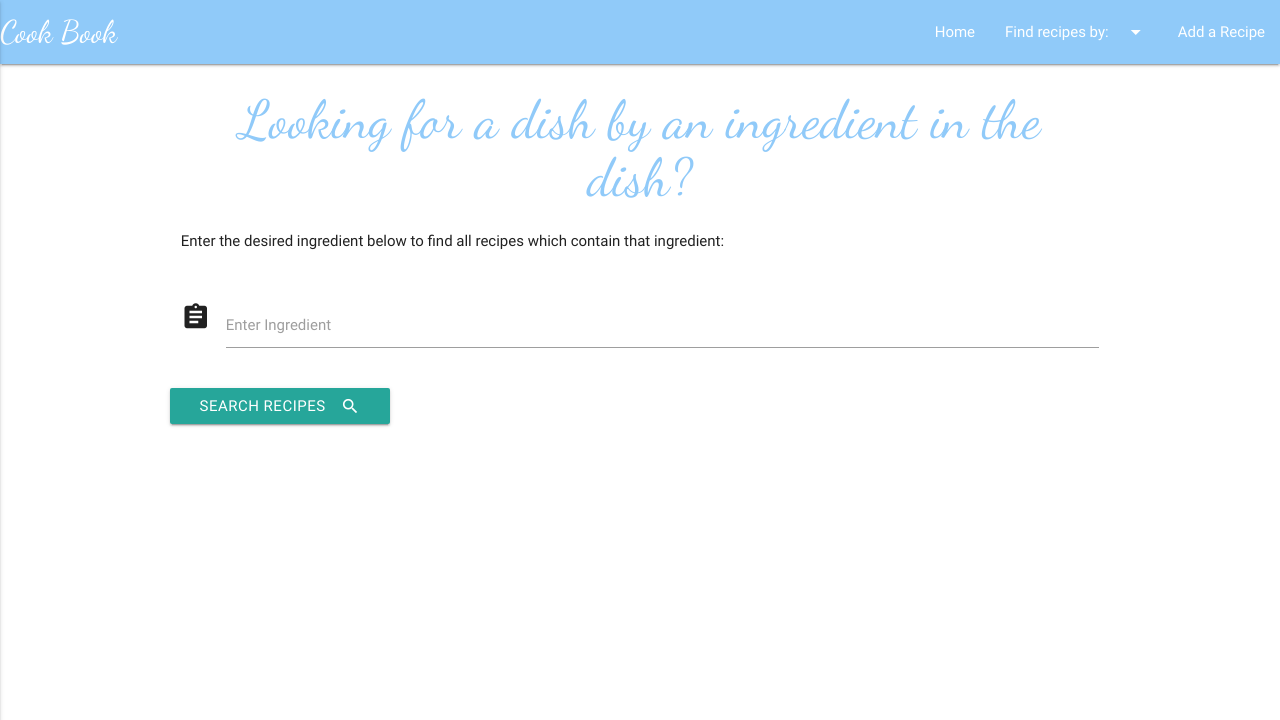
Repository: MarkSheehan72/milestone-project-3
Page: http://localhost/search_ingredient
The author's editor kept a record of every edit. The page is drawn from the files as they stood at one moment, then again after the next edit.
The browser window is 1280 px wide. The pictures show the whole page.
Some web fonts or font styles are not loaded; a fallback is used. Some web libraries are served in a nearby version. The page is served by the project's application, run on Flask 3 (app.py). Queries for data that is not in the repository find no rows.

Above is the page before.

### templates/search_ingredient.html
{% extends 'base.html' %}
{% block content%}

<div class="row">
    <h2 class="center-align title-font center blue-text text-lighten-3">Looking for a dish by an ingredient in the dish?</h2>
    <p>Enter the desired ingredient below to find all recipes which contain that ingredient:</p>
</div>

<div class="row">

    <form action="{{url_for('search_recipes_by_ingredient')}}" method="POST">
        <div class="row">
            <div class="input-field col s12">
                <i class="material-icons prefix">assignment</i>
                <input id="search_recipes_by_ingredient" name="search_recipes_by_ingredient" type="text" class="validate">
                <label for="icon_prefix">Enter Ingredient</label>
            </div>
        </div>
        <div class="row">
            <button class="btn waves-effect waves-light" type="submit" name="action">Search Recipes
                <i class="material-icons right">search</i>
            </button>
        </div>
    </form>
</div>

{% endblock %}

### templates/base.html
<!DOCTYPE html>
<html lang="en">

<head>
    <meta charset="UTF-8">
    <meta name="viewport" content="width=device-width, initial-scale=1.0">
    <meta http-equiv="X-UA-Compatible" content="ie=edge">
    <title>Cookbook</title>

    <link href="https://fonts.googleapis.com/icon?family=Material+Icons" rel="stylesheet">
    <link rel="stylesheet" href="https://cdnjs.cloudflare.com/ajax/libs/materialize/0.100.2/css/materialize.min.css">
    <link rel="stylesheet" href="https://cdnjs.cloudflare.com/ajax/libs/font-awesome/5.9.0/css/all.min.css"/>
    <link href="https://fonts.googleapis.com/css?family=Dancing+Script|Source+Serif+Pro&display=swap" rel="stylesheet">
    <link rel="stylesheet" href="{{url_for('static', filename='css/style.css')}}" type="text/css" />

</head>

<body>

<!--Navbar:-->
<!--Split into the normal and mobile versions.-->
    <header>
        <ul id="dropdown1" class="dropdown-content">
            <li><a href="{{url_for('search_recipe_title')}}">Recipe Title</a></li>
            <li class="divider"></li>
            <li><a href="{{url_for('search_cuisine')}}">Cuisine</a></li>
            <li class="divider"></li>
            <li><a href="{{url_for('search_ingredient')}}">Ingredients</a></li>
            <li class="divider"></li>
            <li><a href="{{url_for('search_username')}}">Your Username</a></li>
        </ul>
        <nav>
            <div class="nav-wrapper blue lighten-3">
                <a href="{{url_for('index')}}" class="brand-logo title-font">Cook Book</a>
                <a href="#" data-activates="mobile-demo" class="button-collapse"><i class="material-icons">menu</i></a>
                <ul id="nav-mobile" class="right hide-on-med-and-down">
                    <li><a href="{{url_for('index')}}">Home</a></li>
                    <li><a class="dropdown-button" href="#!" data-beloworigin="true" data-activates="dropdown1">Find recipes by:<i class="material-icons right">arrow_drop_down</i></a></li>
                    <li><a href="{{url_for('add_recipe')}}">Add a Recipe</a></li>
                </ul>
                <ul class="side-nav" id="mobile-demo">
                    <li><a href="{{url_for('index')}}">Home</a></li>
                    <li><a href="{{url_for('get_recipes')}}">Find a Recipe</a></li>
                    <li><a href="{{url_for('add_recipe')}}">Add a Recipe</a></li>
                </ul>
            </div>
        </nav>
    </header>

<!--Block content:-->
<!--Div for the block content extended from other pages.-->
    <div class="container">
        {% block content %} {% endblock %}

    </div>

<!--Javascript/JQuery content:-->
<!--Linked Javascript content and JQuery functions from Materialize.-->
    <script src="https://cdnjs.cloudflare.com/ajax/libs/jquery/3.2.1/jquery.min.js"></script>
    <script src="https://cdnjs.cloudflare.com/ajax/libs/materialize/0.100.2/js/materialize.min.js"></script>
    <script type="text/javascript">
        $(document).ready(function() {
            $('.collapsible').collapsible();
            $(".button-collapse").sideNav();
            $(".dropdown-button").dropdown({ hover: true });
            $('.modal').modal();
            $('.parallax').parallax();
        });
    </script>

</body>

</html>

### app.py
import os
from flask import Flask, render_template, redirect, request, url_for
from flask_pymongo import PyMongo
from bson.objectid import ObjectId

app = Flask(__name__)

app.config["MONGO_DBNAME"] = 'cook_book'
app.config["MONGO_URI"] = 'mongodb+srv://root:r00tUser@myfirstcluster-chhcw.mongodb.net/cook_book?retryWrites=true&w=majority'

mongo = PyMongo(app)


#////////////////////////////////////////////////# Home Page
@app.route('/')
@app.route('/index')
def index():
    recipes=mongo.db.recipes.find()
    return render_template("index.html", recipes=recipes)


#////////////////////////////////////////////////# Add recipe page
@app.route('/add_recipe')
def add_recipe():
    recipes=mongo.db.recipes.find()
    categories=mongo.db.categories.find()
    return render_template("addrecipe.html", recipes=recipes, categories=categories)


#////////////////////////////////////////////////# Function for inserting a recipe as a document in MongoDB. Once a user has added a recipe,
#////////////////////////////////////////////////# they will be redirecte to thanks.html, which is just a confirmation for the viewer that they
#////////////////////////////////////////////////# have successfully added a recipe to the app.
@app.route('/insert_recipe', methods=['POST'])
def insert_recipe():
    recipes = mongo.db.recipes
    recipes.insert(
    {
        'recipe_title': request.form.get('recipe_title').lower(),
        'recipe_description': request.form.get('recipe_description').lower(),
        'recipe_cuisine': request.form.get('recipe_cuisine').lower(),
        'user':
            {'name': request.form.get('user_name').lower(),
            'country': request.form.get('user_country').lower()},
        'ingredients':
            {'name': request.form.getlist('ingredient_name'),
            'amount': request.form.getlist('ingredient_amount'),
            'allergen': request.form.getlist('ingredient_allergen')},
        'method': request.form.getlist('recipe_method'),
        'image': request.form.get('image')
    })
    return redirect(url_for('thanks'))


#////////////////////////////////////////////////Thanks you page - users are sent to this page after they submit a recipe.
#////////////////////////////////////////////////This gives users assured feedback that their recipe has been added.
@app.route('/thanks')
def thanks():
    return render_template("thanks.html")


#////////////////////////////////////////////////Page linked from pressing the "Find Recipe" button on index.html.
#////////////////////////////////////////////////Also linked from the "Find Recipes" option in the mobile side nav.
@app.route('/get_recipes')
def get_recipes():
    recipes=mongo.db.recipes.find()
    categories=mongo.db.categories.find()
    return render_template("recipes.html", recipes=recipes, categories=categories)


# @app.route('/search_category/<category_id>')
# def search_category(category_id):
#     the_category = mongo.db.categories.find({'_id': ObjectId(category_id)})
#     all_categories = mongo.db.categories.find()
#     recipes=mongo.db.recipes.find()
#     return render_template("search_category.html", recipes=recipes, category=the_category, categories=all_categories)


# @app.route('/search_recipes/<category_id>', methods=['POST'])
# def search_recipes(category_id):
#     the_category = mongo.db.categories.find({'_id': ObjectId(category_id)})
#     all_categories = mongo.db.categories.find()
#     recipes=mongo.db.recipes.find()
#     search = request.form.get('search_recipes')
#     title_search = mongo.db.recipes.find({"recipe_title": {"$regex":search}})
#     cuisine_search = mongo.db.recipes.find({"recipe_cuisine": {"$regex":search}})
#     ingredients_search = mongo.db.recipes.find({"ingredients.name": {"$regex":search}})
#     return render_template("search_recipes.html", recipes=recipes, category=the_category, categories=all_categories, title_search=title_search, cuisine_search=cuisine_search, ingredients_search=ingredients_search)


#////////////////////////////////////////////////Search Views:
#////////////////////////////////////////////////The following views provide users with a search page for their desired search category,
#////////////////////////////////////////////////and the search results from those pages.

@app.route('/search_username')
def search_username():
    recipes=mongo.db.recipes.find()
    return render_template("search_username.html", recipes=recipes)


@app.route('/search_recipes_by_username', methods=['POST'])
def search_recipes_by_username():
    recipes=mongo.db.recipes.find()
    search = request.form.get('search_recipes_by_username').lower()
    username_search = mongo.db.recipes.find({"user.name": {"$regex":search}})
    return render_template("search_recipes_by_username.html", recipes=recipes, username_search=username_search)


@app.route('/search_cuisine')
def search_cuisine():
    recipes=mongo.db.recipes.find()
    return render_template("search_cuisine.html", recipes=recipes)


@app.route('/search_recipes_by_cuisine', methods=['POST'])
def search_recipes_by_cuisine():
    recipes=mongo.db.recipes.find()
    search = request.form.get('search_recipes_by_cuisine').lower()
    cuisine_search = mongo.db.recipes.find({"recipe_cuisine": {"$regex":search}})
    return render_template("search_recipes_by_cuisine.html", recipes=recipes, cuisine_search=cuisine_search)


@app.route('/search_ingredient')
def search_ingredient():
    recipes=mongo.db.recipes.find()
    return render_template("search_ingredient.html", recipes=recipes)


@app.route('/search_recipes_by_ingredient', methods=['POST'])
def search_recipes_by_ingredient():
    recipes=mongo.db.recipes.find()
    search = request.form.get('search_recipes_by_ingredient').lower()
    ingredient_search = mongo.db.recipes.find({"ingredients.name": {"$regex":search}})
    return render_template("search_recipes_by_ingredient.html", recipes=recipes, ingredient_search=ingredient_search)


@app.route('/search_recipe_title')
def search_recipe_title():
    recipes=mongo.db.recipes.find()
    return render_template("search_recipe_title.html", recipes=recipes)


@app.route('/search_recipes_by_recipe_title', methods=['POST'])
def search_recipes_by_recipe_title():
    recipes=mongo.db.recipes.find()
    search = request.form.get('search_recipes_by_recipe_title').lower()
    recipe_title_search = mongo.db.recipes.find({"recipe_title": {"$regex":search}})
    return render_template("search_recipes_by_recipe_title.html", recipes=recipes, recipe_title_search=recipe_title_search)


#////////////////////////////////////////////////The recipe view:
#////////////////////////////////////////////////The page for the particular recipe picked by the user.
@app.route('/the_recipe/<recipe_id>')
def the_recipe(recipe_id):
    the_recipe = mongo.db.recipes.find({'_id': ObjectId(recipe_id)})
    mongo.db.recipes.update({'_id': ObjectId(recipe_id)}, { '$inc': { 'views': 1 } })
    return render_template("the_recipe.html", recipe=the_recipe)


#////////////////////////////////////////////////Edit recipe view:
#////////////////////////////////////////////////Where users can edit the details of a selected recipe.
@app.route('/edit_recipe/<recipe_id>')
def edit_recipe(recipe_id):
    the_recipe = mongo.db.recipes.find_one({'_id': ObjectId(recipe_id)})
    return render_template('edit_recipe.html', recipe=the_recipe)


#////////////////////////////////////////////////Delete recipe view:
#////////////////////////////////////////////////Where users can delete a selected recipe.
@app.route('/delete_recipe/<recipe_id>')
def delete_recipe(recipe_id):
    recipes = mongo.db.recipes
    recipes.remove({'_id': ObjectId(recipe_id)})
    return redirect(url_for('index'))


if __name__ == '__main__':
    app.run(host=os.environ.get('IP'),
    port=int(os.environ.get('PORT')),
    debug=True)

### static/css/style.css
.title-font {
    font-family: 'Dancing Script', cursive;
}

.standard-font {
    font-family: 'Source Serif Pro', serif;
}


.parallax-container {
      height: 400px;
    }

.fixeditem{
    display:block;
    width:100%;
    height:70px;
    background-color:#475;
    overflow:scroll;
    }


/*.small-recipe-card {*/
/*    min-height: 170px;*/
/*}*/


/*a {*/
/*    font-size: 16px;*/
/*}*/


/*#index-img {*/
/*    max-height: 210px;*/
/*    margin-bottom: 10px;*/
/*}*/

/*#get-recipes-img {*/
/*    max-height: 170px;*/
/*}*/

/*.get_recipes_card {*/
/*    height: 200px;*/
/*    background-image: url("https://www.goodfreephotos.com/cache/food/cooking-ingredients-with-avocado-mushrooms-eggs.jpg")*/
/*}*/

/*.fixeditem{*/
/*    display:block;*/
/*    width:100%;*/
/*    height:200px;*/
/*    background-image:url(https://images.pexels.com/photos/342019/pexels-photo-342019.jpeg?auto=compress&cs=tinysrgb&dpr=2&h=650&w=940);*/
/*    overflow:scroll;*/
/*    }*/


/*.card-panel {*/
/*    margin-right: 5px;*/
/*}*/

After the next edit:
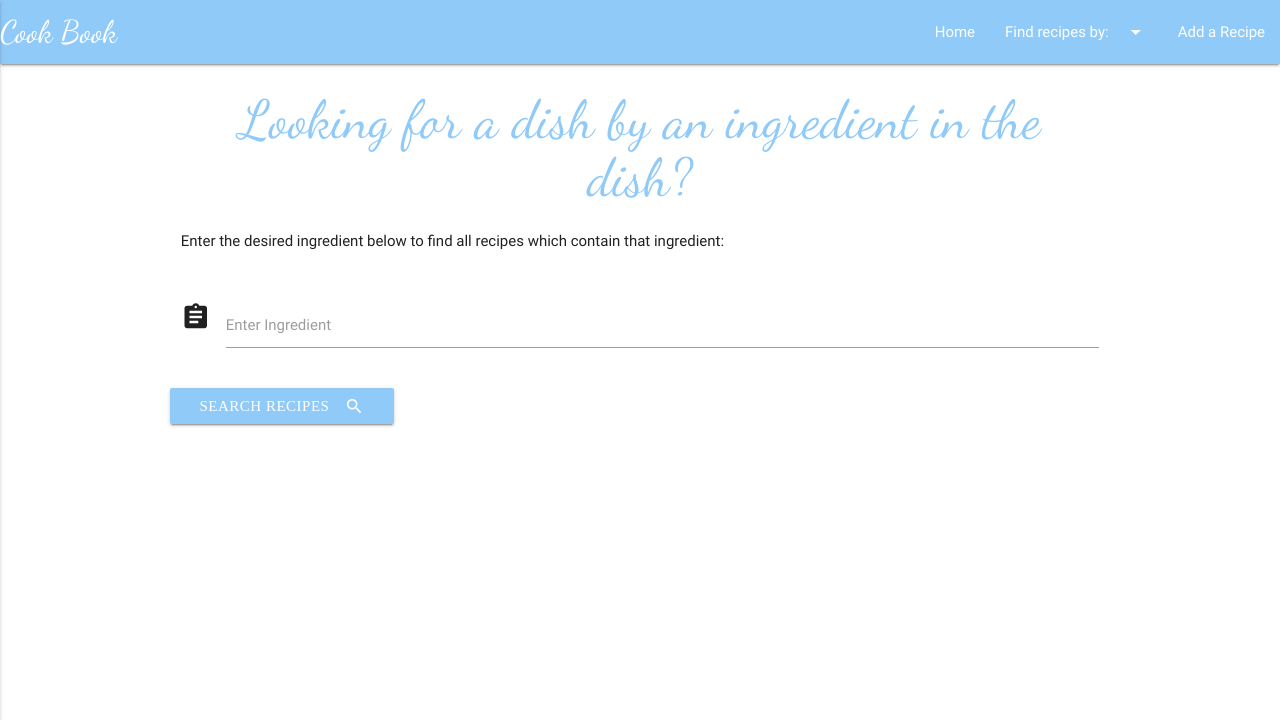
The edit:
--- a/templates/search_ingredient.html
+++ b/templates/search_ingredient.html
@@ -17,7 +17,7 @@
             </div>
         </div>
         <div class="row">
-            <button class="btn waves-effect waves-light" type="submit" name="action">Search Recipes
+            <button class="btn waves-effect waves-light standard-font center blue lighten-3" type="submit" name="action">Search Recipes
                 <i class="material-icons right">search</i>
             </button>
         </div>
